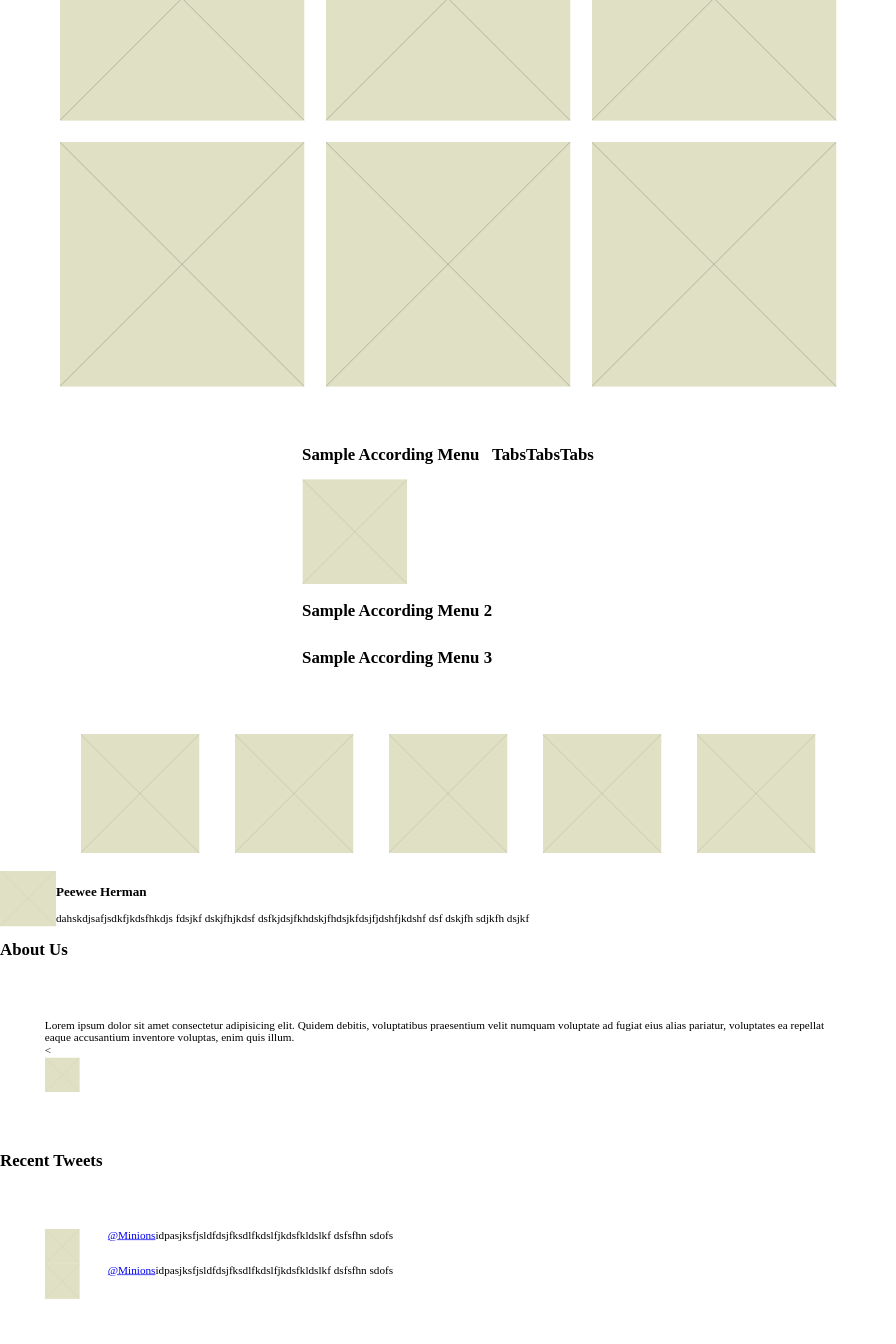
Repository: ReallyNguyen/responsive-web
Page: index.html
An editor plug-in stored every save of this project. The page is shown before and after the next save, followed by the edit.
The browser window is 1280 px wide. The pictures show the part of the page from y = 1221 to 3141 px (the page is 3141 px tall before and 3123 px after), at 70% of full size.

Above is the page before, as saved 2023-01-25 22:09:17.

### index.html
<!doctype html>
<html class="no-js" lang="">

<head>
  <meta charset="utf-8">
  <title></title>
  <meta name="description" content="">
  <meta name="viewport" content="width=device-width, initial-scale=1">

  <meta property="og:title" content="">
  <meta property="og:type" content="">
  <meta property="og:url" content="">
  <meta property="og:image" content="">

  <link rel="manifest" href="site.webmanifest">
  <link rel="apple-touch-icon" href="icon.png">
  <!-- Place favicon.ico in the root directory -->

  <link rel="stylesheet" href="css/normalize.css">
  <link rel="stylesheet" href="css/main.css">

  <meta name="theme-color" content="#fafafa">
</head>

<body>
  <header>
    <div class="nav-bar">
      <h1 class="company-name" >Metrolics</h1>
      <img class="logo" src="placeholder.svg" alt="company logo" width="50" height="50">
      <img class="accordian" src="placeholder.svg" alt="accordian here" width="50" height="50">

    </div>

    <div class="introduction">
      <h1> Hey guys! This is the Metrolics theme. It sports a responsive layout with a mobile layout.</h1>
    </div>


  </header>



  <article>

    <div class="Title">
      <h1>
        Things we do
      </h1>
      <p>
        ask what we do
      </p>
    </div>

    <main>

      <div class="Contents">
        <div class="Content">
          <img src="placeholder.svg" alt="" width="50" height="50">
          <div class="Description">
            <h4 class="topic">
              Web Solution
            </h4>
            <p> ajisdjsad</p>
          </div>
        </div>

        <div class="Content">
          <img src="placeholder.svg" alt="" width="50" height="50">
          <div class="Description">
            <h4 class="topic">
              Photography
            </h4>
            <p> ajisdjsad</p>
          </div>
        </div>

        <div class="Content">
          <img src="placeholder.svg" alt="" width="50" height="50">
          <div class="Description">
            <h4 class="topic">
              Web Development
            </h4>
            <p> ajisdjsad</p>
          </div>
        </div>

        <div class="Content">
          <img src="placeholder.svg" alt="" width="50" height="50">
          <div class="Description">
            <h4 class="topic">
              Web Design
            </h4>
            <p> ajisdjsad</p>
          </div>
        </div>



      </div>

      <div class="whats_up_lately">

        <div class="Title">
          <h1>
            What's up lately?
          </h1>
          <p>
            Read up on our latest work
          </p>
        </div>

        <div class="Boxes">
          <img class="Sample" src="placeholder.svg" alt="" width="360" height="360">
          <img class="Sample" src="placeholder.svg" alt="" width="360" height="360">
          <img class="Sample" src="placeholder.svg" alt="" width="360" height="360">
        </div>
      </div>

      <div class="our_latest_projects">

        <div class="Title">
          <h1>
            Our Latest Projects
          </h1>
          <p>
            Client happy? We are happy.
          </p>
        </div>

        <div class="Boxes">
          <img class="Sample" src="placeholder.svg" alt="">
          <img class="Sample" src="placeholder.svg" alt="">
          <img class="Sample" src="placeholder.svg" alt="">
          <img class="Sample" src="placeholder.svg" alt="">
          <img class="Sample" src="placeholder.svg" alt="">
          <img class="Sample" src="placeholder.svg" alt="">
        </div>
      </div>

      <div class="Bottom">
        <div class="Menu">
          <div class="Menu1">
            <h2>Sample According Menu</h2>
            <div class="Desc-Menu1"></div>
            <img src="placeholder.svg" alt="" width="150" height="150">
          </div>
          <h2>Sample According Menu 2</h2>
          <h2>Sample According Menu 3</h2>
        </div>
        <div class="Tabs">
          <h2>Tabs</h2>
          <h2>Tabs</h2>
          <h2>Tabs</h2>
        </div>
      </div>

      <div class="Companies">
        <img class="Companies-Logo" src="placeholder.svg" alt="">
        <img class="Companies-Logo" src="placeholder.svg" alt="">
        <img class="Companies-Logo" src="placeholder.svg" alt="">
        <img class="Companies-Logo" src="placeholder.svg" alt="">
        <img class="Companies-Logo" src="placeholder.svg" alt="">
      </div>


      <footer>

        <div class="founder">
          <img src="placeholder.svg" alt="" width="80" height="80">
          <div class="intro-text-box">
            <h3> Peewee Herman </h3>
            <p> dahskdjsafjsdkfjkdsfhkdjs fdsjkf dskjfhjkdsf dsfkjdsjfkhdskjfhdsjkfdsjfjdshfjkdshf dsf dskjfh sdjkfh dsjkf</p>
         </div>
        </div>


      <div class="about-us">
        <h2> About Us</h2>
      <div class="social-box">
        <p> Lorem ipsum dolor sit amet consectetur adipisicing elit. Quidem debitis, voluptatibus praesentium velit numquam voluptate ad fugiat eius alias pariatur, voluptates ea repellat eaque accusantium inventore voluptas, enim quis illum.</p>
        <<img class="social-media" src="placeholder.svg" alt="" width="50" height="50">
      </div>

      </div>





      <div class="recent-tweets">
        <h2> Recent Tweets </h2>


        <div class="social-box">

          <div class="social-box-contents">
          <img src="placeholder.svg" alt="" width="50" height="50">
          <div class="social-text-box">
            <a href="url"> @Minions </a>
            <p> idpasjksfjsldfdsjfksdlfkdslfjkdsfkldslkf dsfsfhn sdofs </p>
        </div>
         </div>

        <div class="social-box-contents">
          <img src="placeholder.svg" alt="" width="50" height="50">
          <div class="social-text-box">
            <a href="url"> @Minions </a>
            <p> idpasjksfjsldfdsjfksdlfkdslfjkdsfkldslkf dsfsfhn sdofs </p>
          </div>
        </div>

        </div>
      </div>

    </footer>

    </main>



  </article>
</body>

</html>

### css/main.css
.nav-bar {
  display: flex;
  flex-direction: row;
  justify-content: center;
  margin: 50px;
}

.introduction {
  display: flex;
  justify-content: center;
}

.founder {
  display: flex;
  justify-content: row;
}

.social-box {
  display: flex;
  justify-content: center;
  flex-direction: column;
  padding: 5%;

}



.social-text-box {
  display: flex;
  justify-content: center;
  padding-left: 40px;


}



.social-box-contents {
  display: flex;
  flex-direction: row;
}


article>div {
  margin: 15px;
}

.Title {
  display: flex;
  flex-direction: column;
  text-align: center;
  margin-top: 0;
}

main {
  display: flex;
  flex-direction: column;
  align-items: center;
}


.topic {
  margin: 0;
}

p {
  margin: 0px;
}

.Contents {
  display: flex;
  flex-direction: row;
}

.Content {
  display: flex;
  flex-direction: row;
  margin: 15px;
}

.Boxes {
  display: flex;
  display: flex;
  flex-wrap: wrap;
  justify-content: center;
}

.Sample {
  margin: 15px;
  width: 350px;
  height: 350px;
}

.Bottom {
  display: flex;
  flex-direction: row;
  margin: 50px;
}

.Menu {
  display: flex;
  flex-direction: column;
}

.Tabs {
  display: flex;
  flex-direction: row;
}

.Companies {
  display: flex;
  flex-direction: row;
}

.Companies-Logo {
  width: 170px;
  height: 170px;
  margin: 25px;
}

/* Small only */
@media screen and (max-width: 39.9375em) {
  header {
    display: flex;
    flex-direction: column;
    text-align: center;
    margin: 15px;
    font-size: 10px;
  }
}

/* Medium and up */
@media screen and (min-width: 40em) {
  h1 br {
    display: none;
  }

}

/* Medium only */
@media screen and (min-width: 40em) and (max-width: 63.9375em) {}

/* Large and up */
@media screen and (min-width: 64em) {}

/* Large only */
@media screen and (min-width: 64em) and (max-width: 74.9375em) {}

Loaded but not shown: css/normalize.css (library)

After the next save:
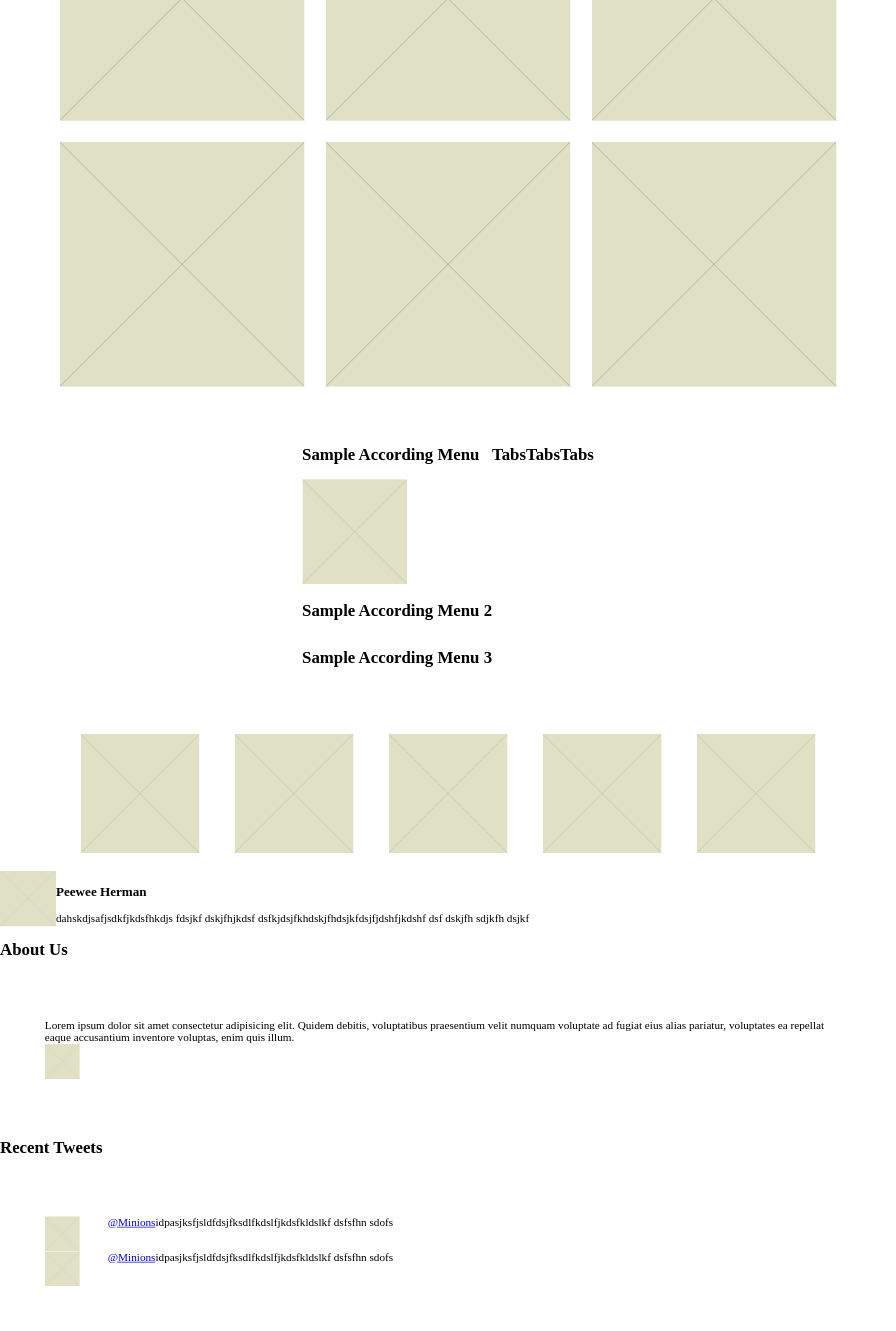
Saved 20 s later.
--- a/index.html
+++ b/index.html
@@ -178,7 +178,7 @@
         <h2> About Us</h2>
       <div class="social-box">
         <p> Lorem ipsum dolor sit amet consectetur adipisicing elit. Quidem debitis, voluptatibus praesentium velit numquam voluptate ad fugiat eius alias pariatur, voluptates ea repellat eaque accusantium inventore voluptas, enim quis illum.</p>
-        <<img class="social-media" src="placeholder.svg" alt="" width="50" height="50">
+        <img class="social-media" src="placeholder.svg" alt="" width="50" height="50">
       </div>
 
       </div>
